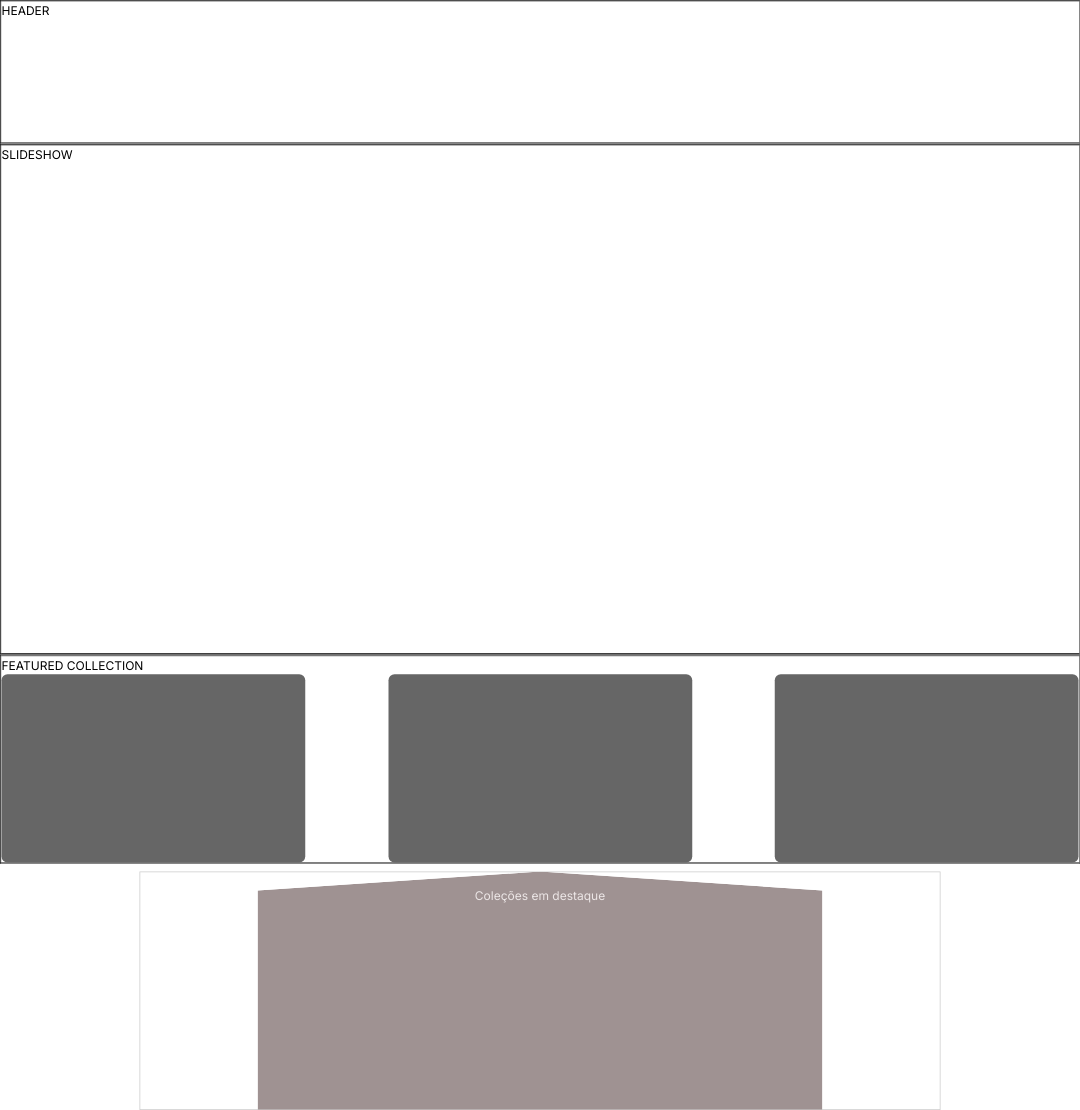
Repository: theophiloweb/landpage_disgital_store
Page: index.html
These files come from the project's save history. The page is drawn as it stood at one moment and after the next save; the edit follows.
The browser window is 1280 px wide. The page is 1440 px wide, so the pictures cover 1440 px, including what lies to the right of the window. The pictures show the whole page, at 75% of full size.

Above is the page before, as saved 2025-04-23 11:32:15.

After the next save:
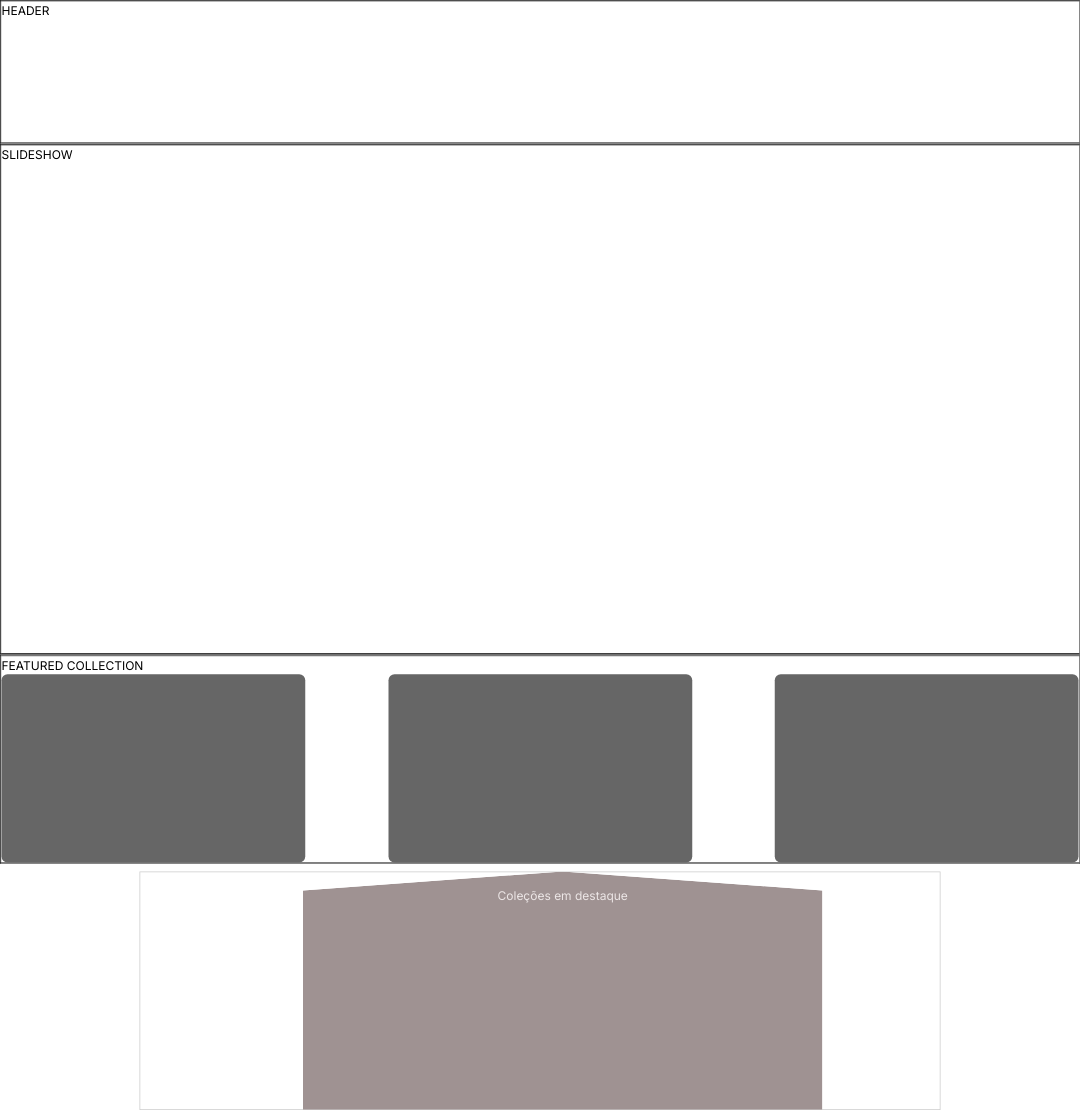
Saved 31 s later.
--- a/style.css
+++ b/style.css
@@ -110,7 +110,7 @@ header {
 }
 
 .featured_collection_2_box2 {
-    margin: 0 156px 0;
+    margin: 0 156px 0 216.5px;
     width: 1067.5px;
     height: 317.5px;
     border: none;
